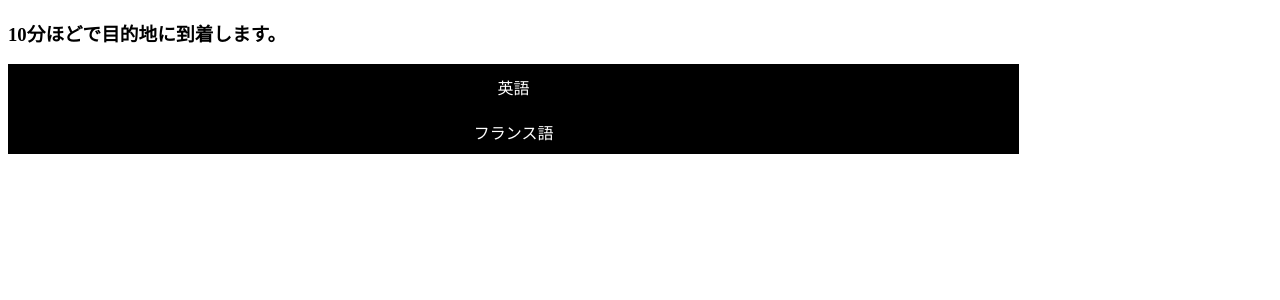
Repository: MBR3/MBR3.github.io
Page: index.html
The author's editor kept a copy of each file at every save. The page is drawn from the files as they stood at one save, then again after the next save.
The browser window is 1280 px wide. The pictures show the whole page.

Above is the page before, as saved 2022-10-22 12:41:55.

### index.html
<!DOCTYPE html>
<html>
    <head>
        <title>バス運行（業務用）</title>
        <link rel="stylesheet" href="index.css">
        <script src="index.js"></script>
    </head>

    <body>
        <h3>10分ほどで目的地に到着します。</h3>

        <div class="btn" onclick="eng_audio()">英語</div>
        <audio id="eng_btn_audio">
            <source src="./audio/english-10.mp3" type="audio/mp3">
        </audio>

        <div class="btn" onclick="fra_audio()">フランス語</div>
        <audio id="fra_btn_audio">
            <source src="./audio/france-10.mp3" type="audio/mp3">
        </audio>
    </body>
</html>

### index.css
.btn {
    box-sizing: border-box;
    background-color: #000;
    color: #fff;
    cursor: pointer;
    display: flex;
    align-items: center;
    justify-content: center;
    height: 45px;
    width: 80%;
}

### index.js
function audio(language) {
    document.getElementById(language + '_btn_audio').currentTime = 0; //連続クリックに対応
    document.getElementById(language + '_btn_audio').play(); //クリックしたら音を再生
}

function eng_audio() {
    audio("eng")
}

function fra_audio() {
    audio("fra")
}

After the next save:
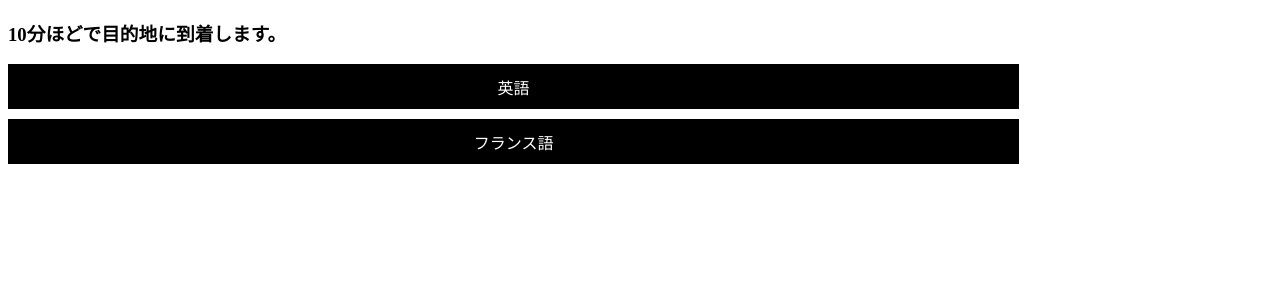
Saved 29 s later.
--- a/index.css
+++ b/index.css
@@ -8,4 +8,5 @@
     justify-content: center;
     height: 45px;
     width: 80%;
+    margin-top: 10px
 }
